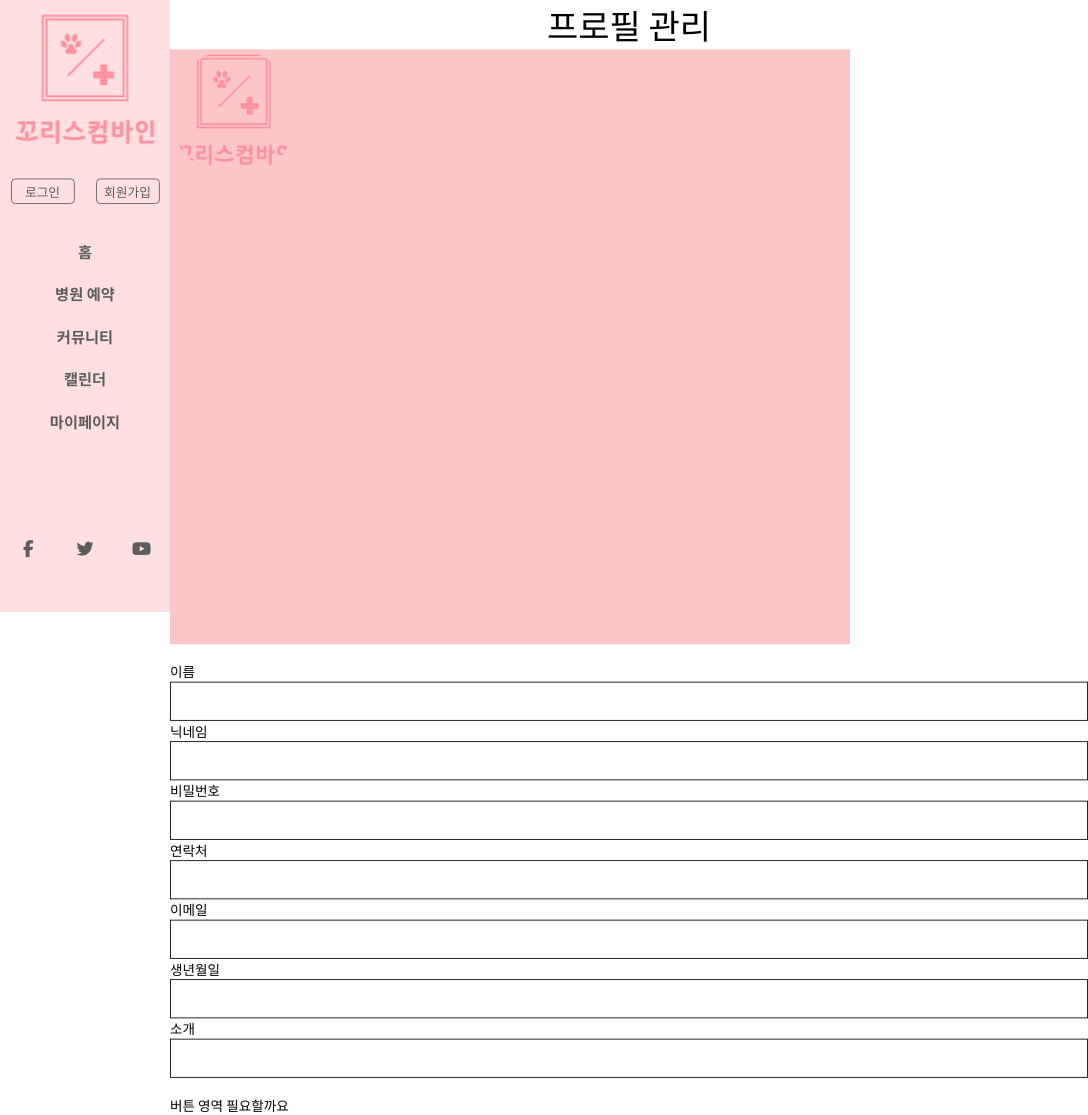
Repository: dodnam/kkoris
Page: http://localhost/1_kkoris/reservation2.jsp
An editor plug-in stored every save of this project. The page is shown before and after the next save, followed by the edit.
The browser window is 1280 px wide. The pictures show the whole page, at 85% of full size.
Some web libraries are served in a nearby version. The page is served by Tomcat 9.

Above is the page before, as saved 2020-02-17 14:42:56.

### 1_kkoris/WebContent/reservation2.jsp
<%@ page language="java" contentType="text/html; charset=UTF-8"
    pageEncoding="UTF-8"%>
<!DOCTYPE html>
<html>
<head>
<meta charset="UTF-8">
<title>Insert title here</title>
<link rel="stylesheet" type="text/css" href="<%= request.getContextPath() %>/css/index.css"/>
<link rel="stylesheet" type="text/css" href="<%= request.getContextPath() %>/css/layout.css"/>
<style>
	.box_con{width:800px; height:700px; background-color:#fcc6c9; left:30px;right:30px;}
	.box{width: 150px; height:150px; border-radius:70%; overflow:hidden;}
	.profile{width: 100%; height:100%; object-fit:cover;}
	.userTitle{font-size:40px; text-align:center; top:30px;}
</style>
</head>
<body>
	<%@ include file="views/layout.jsp" %>
	<div class="container">
    	<div class="userTitle">
			프로필 관리
    	</div>

    	<div class="userProfile">
    		<div class="box_con">
	    		<div class="box">
	    			<img class="profile" src="<%= request.getContextPath() %>/images/logo.png">
	    		</div>
	    	</div>
			<div class="input-box">
				<p class="input-label">이름</p><input type="text">
    			<p class="input-label">닉네임</p><input type="text">
    			<p class="input-label">비밀번호</p><input type="password">
    			<p class="input-label">연락처</p><input type="text">
    			<p class="input-label">이메일</p><input type="email">
    			<p class="input-label">생년월일</p><input type="text">
    			<p class="input-label">소개</p><input type="text">
    		</div>
    	</div>

    	<div> 버튼 영역 필요할까요

    	</div>
	</div>
</body>
</html>

### 1_kkoris/WebContent/views/layout.jsp
<%@ page language="java" contentType="text/html; charset=UTF-8"
    pageEncoding="UTF-8"%>
<!DOCTYPE html>
<html>
<head>
<meta charset="UTF-8">
<title>Insert title here</title>
<link href="https://fonts.googleapis.com/css?family=Noto+Sans+KR&display=swap" rel="stylesheet">
<script src="https://kit.fontawesome.com/18fd811fa1.js" crossorigin="anonymous"></script> <!-- sns아이콘 -->
<link rel="stylesheet" type="text/css" href="<%= request.getContextPath() %>/css/layout.css"/> <!-- 작성할 css를 연결 -->
</head>
<body>
	<header><!-- 헤더 -->
		<h1 class="logo"></h1>
		<nav>
      		<div class="login">
	        	<div><a href="#">로그인</a></div>
	        	<div><a href="#">회원가입</a></div>
	      	</div>
	      	<ul id="navigator">
	        	<li id="nav-home">
	         		<a href="#"><span>홈</span></a>
	         	</li>
	         	<li id="nav-hospital">
	         		<span>병원 예약</span>
         			<ul class="nav2-hospital" id="nav2-hospital">
         				<li><a href="#">병원 검색</a></li>
	         			<li><a href="#">예약 확인</a></li>
	         			<li><a href="#">병원 후기</a></li>
         			</ul>
	         	</li>
	         	<li id="nav-community">
	         		<span>커뮤니티</span>
         			<ul class="nav2-community" id="nav2-community">
	         			<li><a href="#">공지사항</a></li>
	         			<li><a href="#">후기 모아보기</a></li>
	         			<li><a href="#">지식 공유</a></li>
         			</ul>
	         	</li>
	         	<li id="nav-calendar">
	         		<a href="#"><span>캘린더</span></a>
	         	</li>
	         	<li id="nav-mypage">
	         		<span>마이페이지</span>
	         		<ul class="nav2-mypage" id="nav2-mypage">
		         		<li><a href="#">내 정보</a></li>
		         		<li><a href="#">예약 조회</a></li>
		         		<li><a href="#">포인트샵</a></li>
		         		<li><a href="#">내가 쓴 글 조회</a></li>
	         		</ul>
	         	</li>
	      	</ul>
		<dl>
	    	<dt class="blind">sns</dt>
	        <dd><a href="#"><i class="fab fa-facebook-f"></i></a></dd>
	        <dd><a href="#"><i class="fab fa-twitter"></i></a></dd>
	        <dd><a href="#"><i class="fab fa-youtube"></i></a></dd>
		</dl>
		</nav>
	</header>
	<footer></footer>
</body>
</html>

### 1_kkoris/WebContent/css/index.css
@charset "UTF-8";
/* 컨테이너 */
div.container{position: absolute; top:0; left:0; padding-left:200px; height:100%; width:100%; box-sizing:border-box;}
/* 섹션이 현재 1개이기 때문에 100% 2개면 200%, 3개면 300% */
/* 참고	section:nth-of-type(1) {section 중 첫번째 section에 접근} */
section.main {position:relative; height:100%; width:100%; background: url(../images/main-bg.jpg) no-repeat center center; background-size: contain;}
section.main > article.quickMenu > ul {position: absolute; top:calc(50% - 50px); left:calc(50% - 25%); width: 50%; height: 100px; display: flex;}
section.main > article.quickMenu {position: relative; width: 100%; height: 100%; background: rgba(0, 0, 0, 0.2);}
section.main > article.quickMenu > ul > li {width: 25%; height:100px;}
section.main > article.quickMenu > ul > li > a {color: #5d5d5d; display:block; font-size: 5em; text-align:center;}
section.main > article.quickMenu > ul > li > a > span {display: block; font-size: 15px;}
section.main > article.quickMenu > ul > li > a:hover {color: #fb929e;}

### 1_kkoris/WebContent/css/layout.css
@charset "UTF-8";
* {margin: 0; padding: 0; font-family: 'Noto Sans KR', sans-serif;}
*, *:before, *:after {box-sizing: border-box;}
html, body {width: 100%; height: 100%;}
table{border-collapse: collapse;}
img,fieldset{border: none;}
ol,ul{list-style: none;}
h1,h2,h3,h4,h5,h6{font-weight: normal; font-size: 100%;}
q:after,q:before{content: "";}
abbr,acronym{border:none;} /* 축약어 */
img,input,select{vertical-align: middle;}
hr{display: none;}
a {text-decoration: none; color: #000;}
header {position: fixed; width: 200px; height: 100%; background: #ffdfdf; z-index: 30;}
input{outline: none; background: none;}
.blind{position: absolute;left: 0;top: 0;width: 0;height: 0;font-size: 0;line-height: 0;text-indent: -9999px;overflow: hidden;visibility: hidden;}
.displaynone{display: none;}

/* input타입 1 (커서유입에 따른 스타일 변화)
	<div class="input-container"><label class="input-label">아이디</label><input type=""></div>
*/
div.input-container {position: relative; display: block; margin: 20px 0;}
div.input-container > input {width: 100%; height: 40px; line-height: 40px; font-size: 16px; border: none; border-bottom: 1px solid #5d5d5d;}
div.input-container.focus > input:focus {border-bottom: 1px solid #fb929e;}
label.input-label {position: absolute; font-size: 16px; transform: translateY(10px); color: #5d5d5d; transition: transform 0.2s ease; z-index: -1;}
div.input-container.focus > label.input-label {font-size: 12px; transform: translateY(-5px); text-transform: uppercase;}
div.input-container.focus.on > label.input-label {color: #fb929e;}

/* input타입 2 (박스형)
	<div class="input-box"><p class="input-label">라벨명</p><input type=""></div>
*/
div.input-box {position: relative; display: block; margin: 20px 0;}
div.input-box > input {width: 100%; padding: 10px; font-size: 16px; border: 1px solid #000;}
p.input-label {font-size: 16px; color: #000;}
p.input-info {font-size: 14px; color: #5d5d5d;}

/* input radio
	<input type="radio" name="test"><label class="radioLabel">라벨명1</label>
	<input type="radio" name="test"><label class="radioLabel">라벨명2</label>
*/
input[type=radio] {display: none;}
label.radioLabel {display: inline-block; position: relative; padding: 0 30px; cursor: pointer; line-height: 18px;}
label.radioLabel:before, label.radioLabel:after {position: absolute; border-radius: 50%; content: '';}
label.radioLabel:before {left: 0; top: 0; width: 18px; height: 18px; border: 2px solid #000;}
label.radioLabel:after {top: 5px; left: 5px; width: 8px; height: 8px; background: #fb929e; transform: scale(0);}
input[type="radio"]:checked + label.radioLabel:before {border-color: #fb929e; }
input[type="radio"]:checked + label.radioLabel:after {transform: scale(1);}

/* input submit
	<form>에서 submit되는 버튼을 위한 css (단, 검색 등의 다른 버튼은 blue베이스 스타일로 사용)
*/
div.input-submit {display: block; text-align: center; padding: 15px;}
input[type="submit"] {min-width: 50px; height: 30px; cursor: pointer; background: #ffdfdf; color: #5d5d5d; font-size: 14px; font-weight: 600; border: none; border-radius: 5px;}
input[type="submit"]:hover {background: #fb929e; color: #fff;}

/* select 옵션  */
div > select {font-size: 10pt; width: 100px; padding: .7em .5em; font-family: inherit; background: url(https://farm1.staticflickr.com/379/19928272501_4ef877c265_t.jpg) no-repeat 95% 50%; -webkit-appearance: none; -moz-appearance: none; appearance: none; outline:none; border:1px solid #5d5d5d;}

/* input 검색 (class="search_input") */
div > span > input.search_input{width: 250px;  padding: 12px 24px; font-size: 14px; line-height: 18px; color: #575756; background-size: 18px 18px; border-radius: 50px; border: 1px solid #5d5d5d; backface-visibility: hidden; right:20px; outline:none;}


/* 영역
	<div class="container">		// 아래css 외에 특정 스타일을 주어야할 때, 클래스를 추가로 부여하여 사용했음 (ex. class="container login")
		<div class="contents">
			구현 영역
		</div>
	</div>
*/
div.container {position: absolute; top:0; left:0; padding-left:200px; width: 100%; height: 100%; margin: 0 auto; box-sizing: border-box;}
div.contents {position:relative; margin: 0 auto;}
div.contents > h2 {font-weight: 700; font-size: 30px; color: #000; padding: 15px 0; text-align: center;}


/** 헤더 **/
h1.logo {
	text-indent: -9999px; overflow: hidden; width: 180px; height: 180px;
	margin: 10px auto; /* auto는 중앙에 놓음 */
	background: url(../images/logo.png) no-repeat; background-size: contain; /*contain = h1 사이즈에 맞춤*/
}
nav > div.login {display: flex; justify-content:space-around; font-size: 15px;}
				/*블락요소로 가로 정렬 함*/
nav > div.login > div {width: 75px; height: 30px;} /* 위 아래 마진, 좌 우 마진*/
nav > div.login > div > a {display: block; width: 100%; height: 100%; line-height: 30px; text-align: center; border: 1px solid #5d5d5d; border-radius: 5px;}
nav > div.login > div > a:hover {color: #fb929e; border: none; background: #fff6f6; font-weight: 600}

/* 메뉴 */
nav {margin-top: 20px;}
nav * {color: #5d5d5d;}
nav > ul {margin-top: 30px; text-align: center;}
nav > ul > li {width: 100%;}
nav > ul > li:hover {background: #fff6f6;}
nav > ul > li span {display:block; width: 100%; height: 100%; line-height: 50px; font-size: 18px; font-weight: 600; border-radius: 10px; cursor: pointer;}
nav > ul > li span:hover {color: #fb929e;}

nav > ul > li > ul[class^=nav2] {display: none;}
nav > ul > li > ul[class^=nav2] > li > a {display: block; line-height: 40px; font-size: 16px;}
nav > ul > li > ul[class^=nav2] > li > a:hover {color: #fb929e; font-weight: 600;}

nav > ul > li:hover > ul[class^=nav2] {display: block;}

/* sns */
nav > dl {position:absolute; bottom:50px; width:100%; height:50px; display:flex; justify-content:space-around;}
nav > dl > dd {width:50px; text-align:center;}
nav > dl > dd > a {display: block; width: 100%; height:100%; font-size:20px; line-height:50px; transition:all 0.2s ease 0s;}
nav > dl > dd > a:hover {font-size:25px;}

footer {position: fixed; bottom: 10px;}

After the next save:
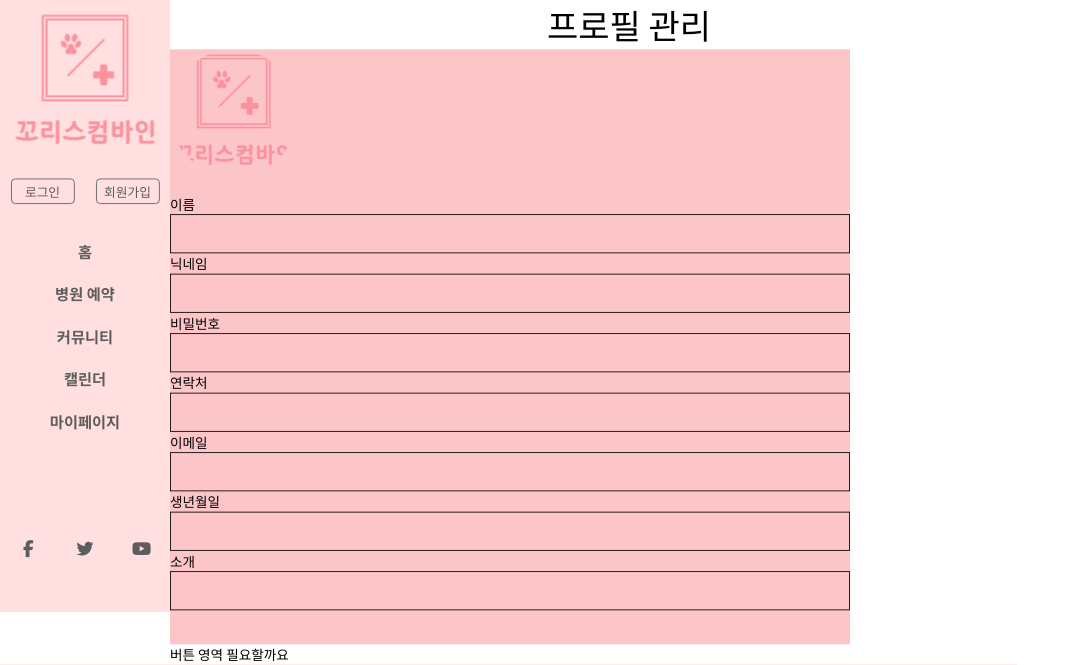
Saved 13 s later.
--- a/1_kkoris/WebContent/reservation2.jsp
+++ b/1_kkoris/WebContent/reservation2.jsp
@@ -26,15 +26,16 @@
 	    		<div class="box">
 	    			<img class="profile" src="<%= request.getContextPath() %>/images/logo.png">
 	    		</div>
-	    	</div>
-			<div class="input-box">
-				<p class="input-label">이름</p><input type="text">
-    			<p class="input-label">닉네임</p><input type="text">
-    			<p class="input-label">비밀번호</p><input type="password">
-    			<p class="input-label">연락처</p><input type="text">
-    			<p class="input-label">이메일</p><input type="email">
-    			<p class="input-label">생년월일</p><input type="text">
-    			<p class="input-label">소개</p><input type="text">
+
+				<div class="input-box">
+					<p class="input-label">이름</p><input type="text">
+	    			<p class="input-label">닉네임</p><input type="text">
+	    			<p class="input-label">비밀번호</p><input type="password">
+	    			<p class="input-label">연락처</p><input type="text">
+	    			<p class="input-label">이메일</p><input type="email">
+	    			<p class="input-label">생년월일</p><input type="text">
+	    			<p class="input-label">소개</p><input type="text">
+	    		</div>
     		</div>
     	</div>
 
